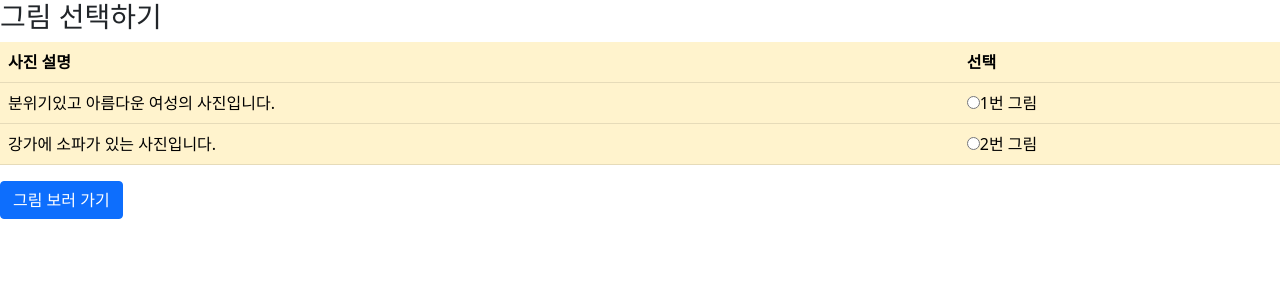
Repository: limbbbyoung/JSP_practice
Page: http://localhost/JSPbasic/jspobject/request/req_photo.jsp
The author's editor kept a copy of each file at every save. The page is drawn from the files as they stood at one save, then again after the next save.
The browser window is 1280 px wide. The pictures show the whole page.
The page is served by Tomcat 9.

Above is the page before, as saved 2022-03-25 12:46:46.

### JSPbasic/src/main/webapp/jspobject/request/req_photo.jsp
<%@ page language="java" contentType="text/html; charset=UTF-8"
    pageEncoding="UTF-8"%>
<!DOCTYPE html>
<html>
<head>
<link href="https://cdn.jsdelivr.net/npm/bootstrap@5.1.3/dist/css/bootstrap.min.css" rel="stylesheet" integrity="sha384-1BmE4kWBq78iYhFldvKuhfTAU6auU8tT94WrHftjDbrCEXSU1oBoqyl2QvZ6jIW3" crossorigin="anonymous">
<meta charset="UTF-8">
<title>Insert title here</title>
</head>
<body>
    <%-- 아래에 폼을 만들어주세요.
    목적지는 함께 만든 req_photo_result.jsp
    테이블을 이용해 사진 제목, 체크박스를 만들어주세요.
    그리고 아래에 제출 버튼은 "그림 보러 가기"로 적어주시고
    해당 버튼을 눌렀을때 req_photo_result에 어떤 그림을 선택했는지
    체크박스로 구분해주시고, 구분한 그림에 맞는 사진이 결과페이지에 나오도록
    if~else문을 구성해주세요.
    그림파일은 <img src="그림파일명">을 이용해 출력가능합니다. --%>
     <form action="http://localhost:8181/JSPbasic/jspobject/request/req_photo_result.jsp" method="post">
     <h3>그림 선택하기</h3>
      <table class="table table-border table-hover table-warning">
       <tr>
         <th>사진 설명</th>
         <th>선택</th>
       </tr>
       <tr>
         <td>분위기있고 아름다운 여성의 사진입니다.</td>
         <td><input type="radio" name="photo" value="1번그림">1번 그림 &nbsp;</td>
       </tr>
       <tr>
         <td>강가에 소파가 있는 사진입니다.</td>
         <td><input type="radio" name="photo" value="2번그림">2번 그림 &nbsp;</td>
       </tr>
    </table>
    <input type="submit" class="btn btn-primary" value="그림 보러 가기">
    </form>
</body>
</html>

After the next save:
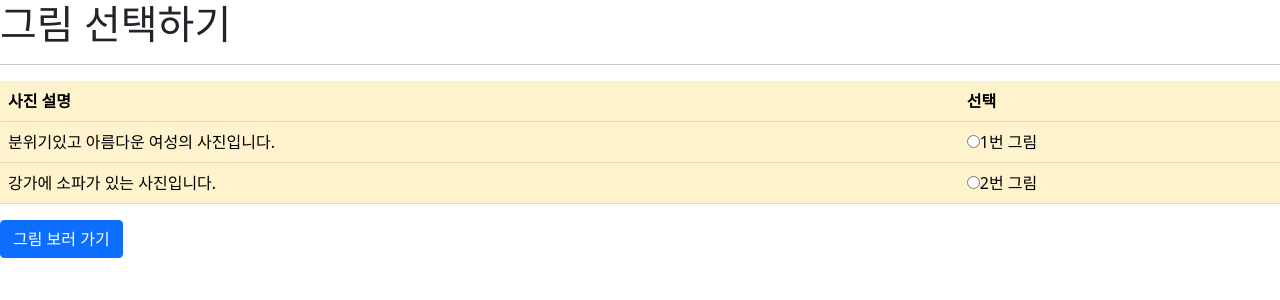
Saved 23 s later.
--- a/JSPbasic/src/main/webapp/jspobject/request/req_photo.jsp
+++ b/JSPbasic/src/main/webapp/jspobject/request/req_photo.jsp
@@ -17,7 +17,8 @@
     if~else문을 구성해주세요.
     그림파일은 <img src="그림파일명">을 이용해 출력가능합니다. --%>
      <form action="http://localhost:8181/JSPbasic/jspobject/request/req_photo_result.jsp" method="post">
-     <h3>그림 선택하기</h3>
+     <h1>그림 선택하기</h1>
+     <hr/>
       <table class="table table-border table-hover table-warning">
        <tr>
          <th>사진 설명</th>
